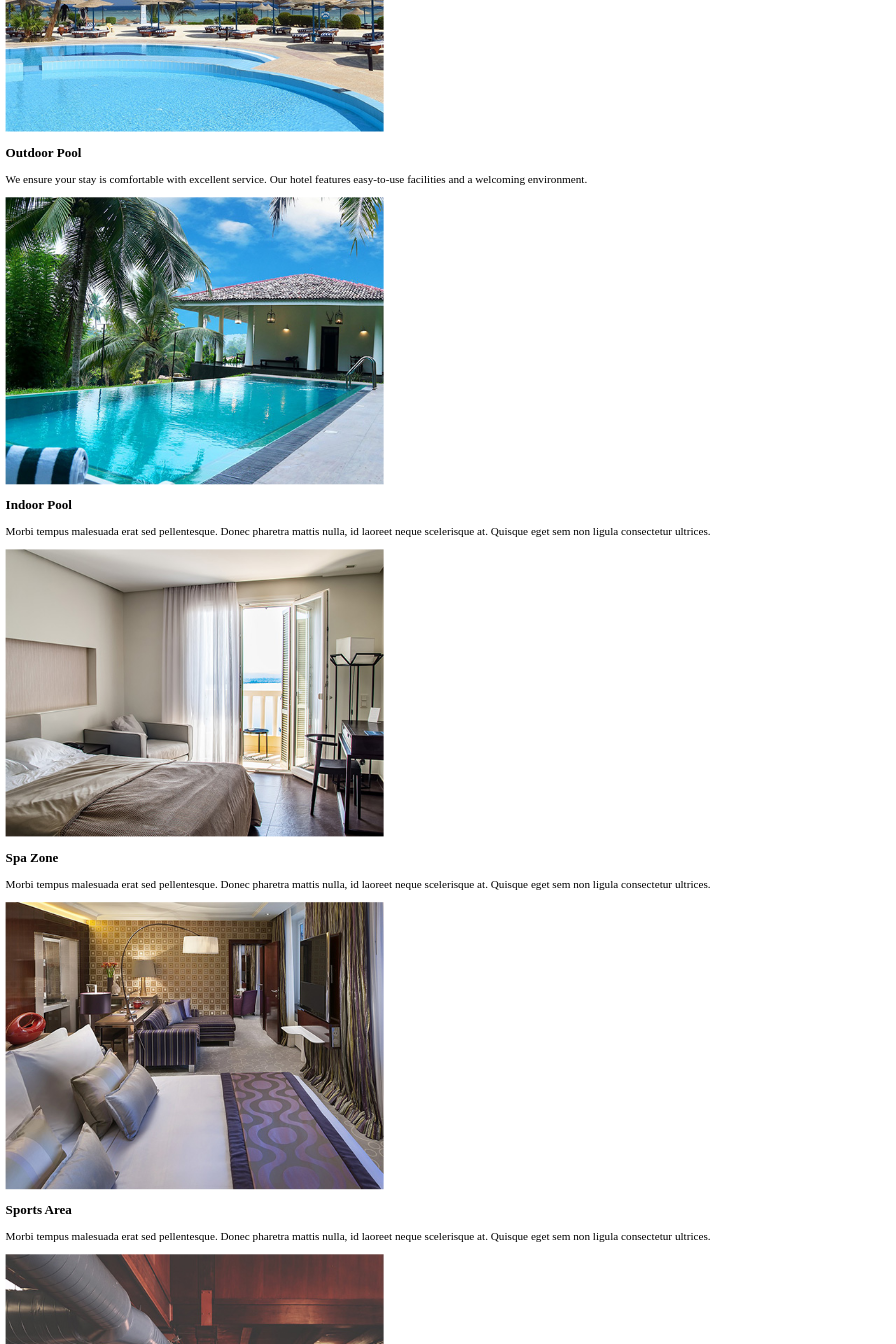
Repository: ITpatrick1/Accommodation-System
Page: http://localhost/aboutus.php
The author's editor kept a copy of each file at every save. The page is drawn from the files as they stood at one save, then again after the next save.
The browser window is 1280 px wide. The pictures show the part of the page from y = 1167 to 3087 px (the page is 4320 px tall before and 4338 px after), at 70% of full size.
The page is run by PHP 8.4 with error messages shown; the project is at /var/www/html/.

Above is the page before, as saved 2024-08-19 00:57:58.

### aboutus.php
<h1>About Us</h1>
  <div class="intro">
    <div class="container">
      <div class="row row-eq-height">

        <!-- Intro Content -->
        <div class="col-lg-6">
          <div class="intro_content">
            <div class="section_title">
              <div>Hello</div>
              <h1>Amazing Hotel in front of the Sea</h1>
            </div>
            <div class="intro_text">
              <p>We provide top-notch services to make your stay as comfortable as possible. Our hotel offers everything you need for a relaxing experience, with well-designed rooms and convenient facilities. Our staff is here to help with anything you need, ensuring you have a great stay with us.".</p>
            </div>
           <!--  <div class="button intro_button"><a href="#">read more</a></div> -->
          </div>
        </div>

        <!-- Intro Image -->
        <div class="col-lg-6">
          <div class="intro_image">
            <div class="background_image" style="background-image:url(images/intro.jpg)"></div>
            <img src="images/intro.jpg" alt="">
          </div>
        </div>

      </div>
    </div>
  </div>

  <!-- Offering -->

  <div class="offering">
    <div class="container">
      <div class="row">
        <div class="col">
          <div class="section_title text-center">
            <div>Resort</div>
            <h1>What we offer</h1>
          </div>
        </div>
      </div>
      <div class="row offering_row">

        <!-- Offer Item -->
        <div class="col-xl-4 col-md-6">
          <div class="offer">
            <div class="offer_image"><img src="images/offer_1.jpg" alt=""></div>
            <div class="offer_content text-center">
              <div class="offer_title"><h3>Outdoor Pool</h3></div>
              <div class="offer_text">
                <p>We ensure your stay is comfortable with excellent service. Our hotel features easy-to-use facilities and a welcoming environment.</p>
              </div>
            <!--   <div class="offer_button"><a href="#">discover</a></div> -->
            </div>
          </div>
        </div>

        <!-- Offer Item -->
        <div class="col-xl-4 col-md-6">
          <div class="offer">
            <div class="offer_image"><img src="images/offer_2.jpg" alt=""></div>
            <div class="offer_content text-center">
              <div class="offer_title"><h3>Indoor Pool</h3></div>
              <div class="offer_text">
                <p>Morbi tempus malesuada erat sed pellentesque. Donec pharetra mattis nulla, id laoreet neque scelerisque at. Quisque eget sem non ligula consectetur ultrices.</p>
              </div>
            <!--   <div class="offer_button"><a href="#">discover</a></div> -->
            </div>
          </div>
        </div>

        <!-- Offer Item -->
        <div class="col-xl-4 col-md-6">
          <div class="offer">
            <div class="offer_image"><img src="images/offer_3.jpg" alt=""></div>
            <div class="offer_content text-center">
              <div class="offer_title"><h3>Spa Zone</h3></div>
              <div class="offer_text">
                <p>Morbi tempus malesuada erat sed pellentesque. Donec pharetra mattis nulla, id laoreet neque scelerisque at. Quisque eget sem non ligula consectetur ultrices.</p>
              </div>
            <!--   <div class="offer_button"><a href="#">discover</a></div> -->
            </div>
          </div>
        </div>

        <!-- Offer Item -->
        <div class="col-xl-4 col-md-6">
          <div class="offer">
            <div class="offer_image"><img src="images/offer_4.jpg" alt=""></div>
            <div class="offer_content text-center">
              <div class="offer_title"><h3>Sports Area</h3></div>
              <div class="offer_text">
                <p>Morbi tempus malesuada erat sed pellentesque. Donec pharetra mattis nulla, id laoreet neque scelerisque at. Quisque eget sem non ligula consectetur ultrices.</p>
              </div>
            <!--   <div class="offer_button"><a href="#">discover</a></div> -->
            </div>
          </div>
        </div>

        <!-- Offer Item -->
        <div class="col-xl-4 col-md-6">
          <div class="offer">
            <div class="offer_image"><img src="images/offer_5.jpg" alt=""></div>
            <div class="offer_content text-center">
              <div class="offer_title"><h3>Restaurant</h3></div>
              <div class="offer_text">
                <p>Morbi tempus malesuada erat sed pellentesque. Donec pharetra mattis nulla, id laoreet neque scelerisque at. Quisque eget sem non ligula consectetur ultrices.</p>
              </div>
            <!--   <div class="offer_button"><a href="#">discover</a></div> -->
            </div>
          </div>
        </div>

        <!-- Offer Item -->
        <div class="col-xl-4 col-md-6">
          <div class="offer">
            <div class="offer_image"><img src="images/offer_6.jpg" alt=""></div>
            <div class="offer_content text-center">
              <div class="offer_title"><h3>Skybar</h3></div>
              <div class="offer_text">
                <p>Morbi tempus malesuada erat sed pellentesque. Donec pharetra mattis nulla, id laoreet neque scelerisque at. Quisque eget sem non ligula consectetur ultrices.</p>
              </div>
            <!--   <div class="offer_button"><a href="#">discover</a></div> -->
            </div>
          </div>
        </div>

      </div>
    </div>
  </div>

  <!-- Discover -->

  <div class="discover">

    <!-- Discover Content -->
    <div class="discover_content">
      <div class="container">
        <div class="row">

          <!-- Discover Content -->
          <div class="col-xl-5 col-lg-6">
            <div class="section_title">
              <div>Hotel</div>
              <h1>Discover Marimar Hotel</h1>
            </div>
            <div class="discover_highlight">
              <p>Morbi tempus malesuada erat sed pellentesque. Donec pharetra mattis nulla, id laoreet neque scelerisque at. Quisque eget sem non ligula consectetur.</p>
            </div>
            <div class="discover_text">
              <p>Morbi tempus malesuada erat sed pellentesque. Donec pharetra mattis nulla, id laoreet neque scelerisque at. Quisque eget sem non ligula consectetur ultrices in quis augue. Donec imperd iet leo eget tortor dictum, eget varius eros sagittis. Curabitur tempor dignissim massa ut faucibus sollicitudin tinci dunt maximus. Morbi tempus malesuada erat sed pellentesque. Donec pharetra mattis.</p>
            </div>
            <div class="button discover_button"><a href="#">discover</a></div>
          </div>

          <!-- Milestones -->
          <div class="col-lg-6 offset-xl-1">
            <div class="milestones d-flex flex-row align-items-start justify-content-start flex-wrap">

              <!-- Milestone -->
              <div class="milestone">
                <div class="milestone_counter" data-end-value="75">0</div>
                <div class="milestone_text">Deluxe Rooms</div>
              </div>

              <!-- Milestone -->
              <div class="milestone">
                <div class="milestone_counter" data-end-value="110">0</div>
                <div class="milestone_text">Years of Experience</div>
              </div>

              <!-- Milestone -->
              <div class="milestone">
                <div class="milestone_counter" data-end-value="31">0</div>
                <div class="milestone_text">Awards Won</div>
              </div>

              <!-- Milestone -->
              <div class="milestone">
                <div class="milestone_counter" data-end-value="51" data-sign-after="k">0</div>
                <div class="milestone_text">Happy Clients</div>
              </div>

            </div>
          </div>

        </div>
      </div>
    </div>

  </div>

After the next save:
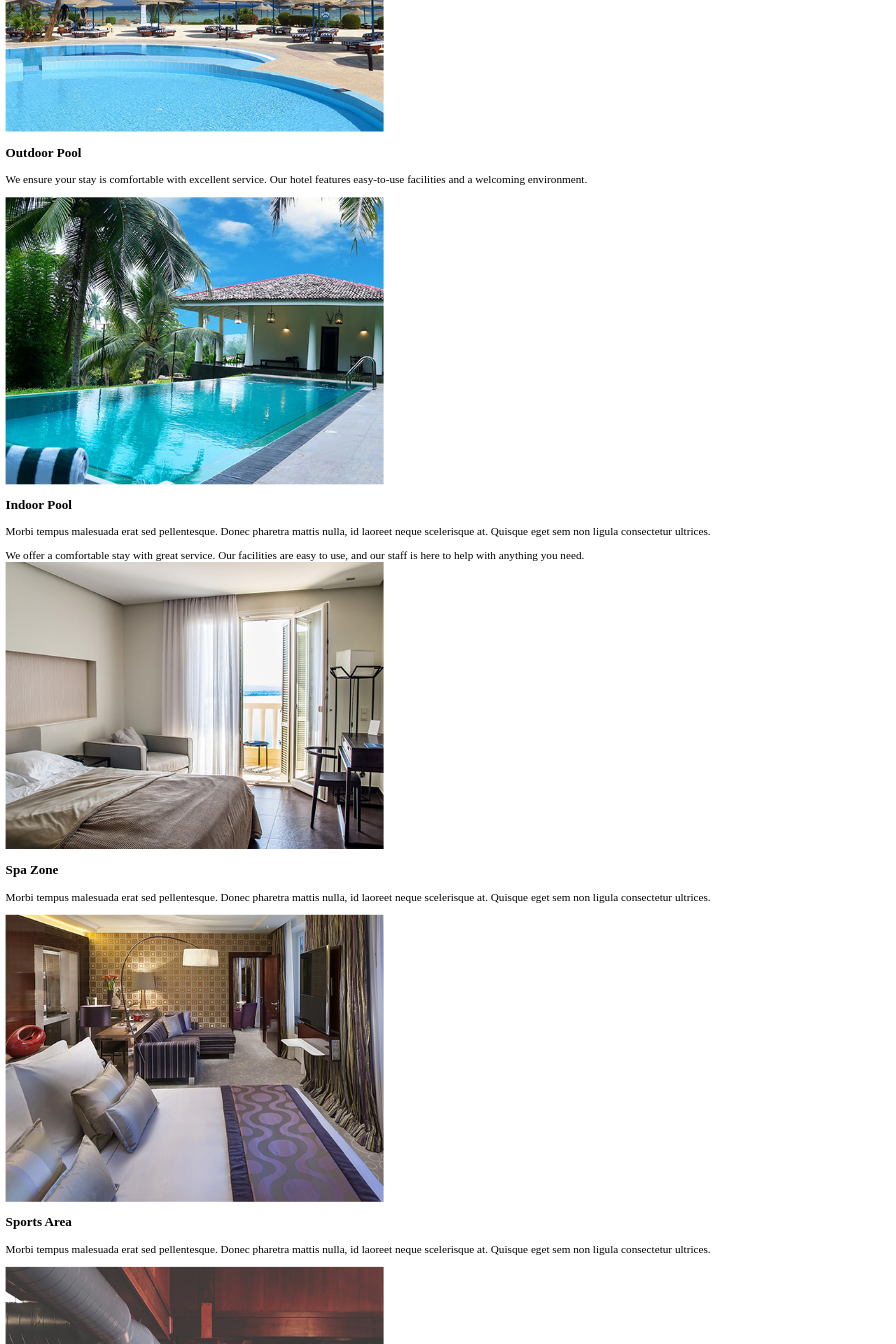
Saved 29 s later.
--- a/aboutus.php
+++ b/aboutus.php
@@ -68,7 +68,7 @@
               </div>
             <!--   <div class="offer_button"><a href="#">discover</a></div> -->
             </div>
-          </div>
+          </div>We offer a comfortable stay with great service. Our facilities are easy to use, and our staff is here to help with anything you need.
         </div>
 
         <!-- Offer Item -->

After the save that followed:
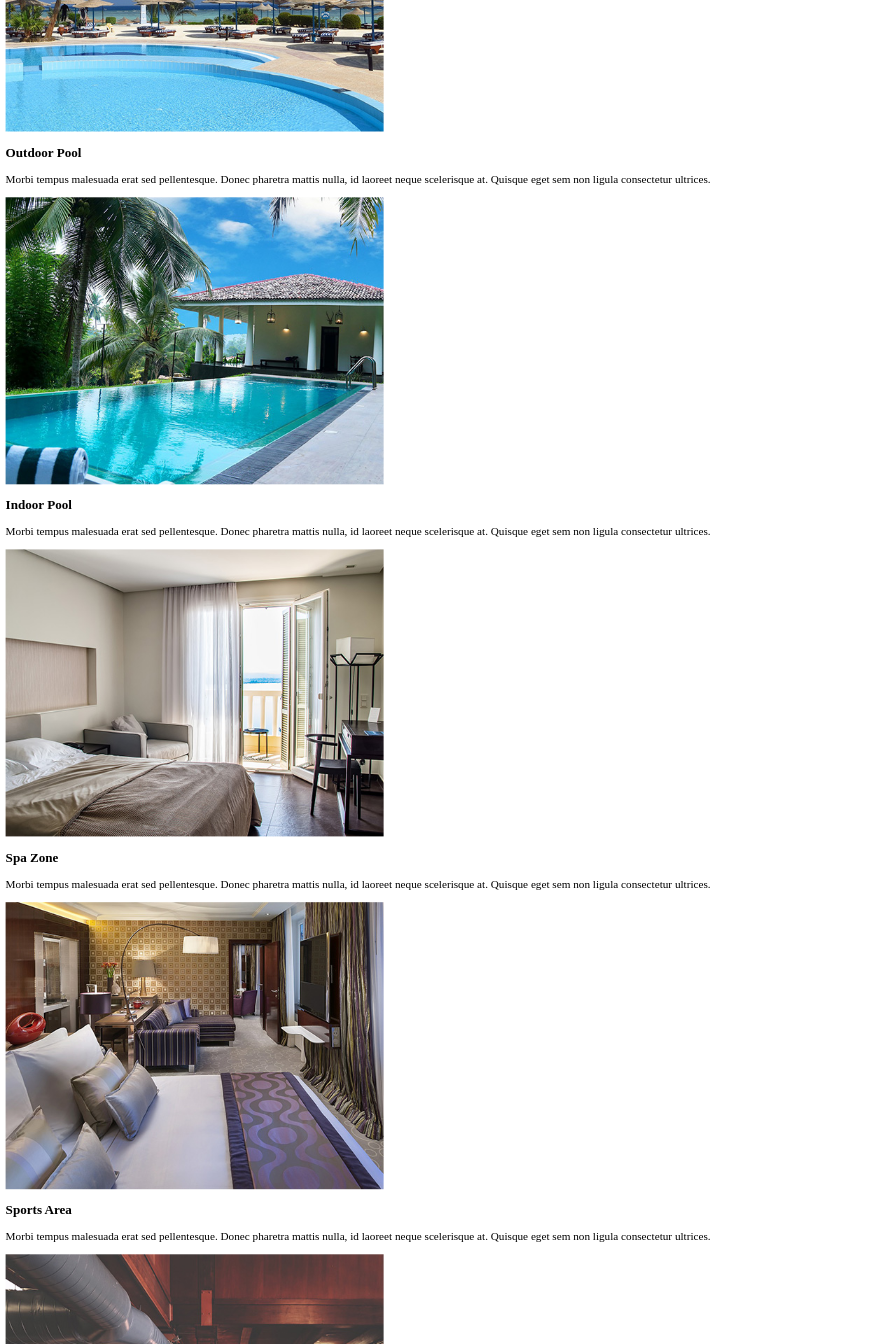
Saved 9 s later.
--- a/aboutus.php
+++ b/aboutus.php
@@ -50,7 +50,7 @@
             <div class="offer_content text-center">
               <div class="offer_title"><h3>Outdoor Pool</h3></div>
               <div class="offer_text">
-                <p>We ensure your stay is comfortable with excellent service. Our hotel features easy-to-use facilities and a welcoming environment.</p>
+                <p>Morbi tempus malesuada erat sed pellentesque. Donec pharetra mattis nulla, id laoreet neque scelerisque at. Quisque eget sem non ligula consectetur ultrices.</p>
               </div>
             <!--   <div class="offer_button"><a href="#">discover</a></div> -->
             </div>
@@ -68,7 +68,7 @@
               </div>
             <!--   <div class="offer_button"><a href="#">discover</a></div> -->
             </div>
-          </div>We offer a comfortable stay with great service. Our facilities are easy to use, and our staff is here to help with anything you need.
+          </div>
         </div>
 
         <!-- Offer Item -->
